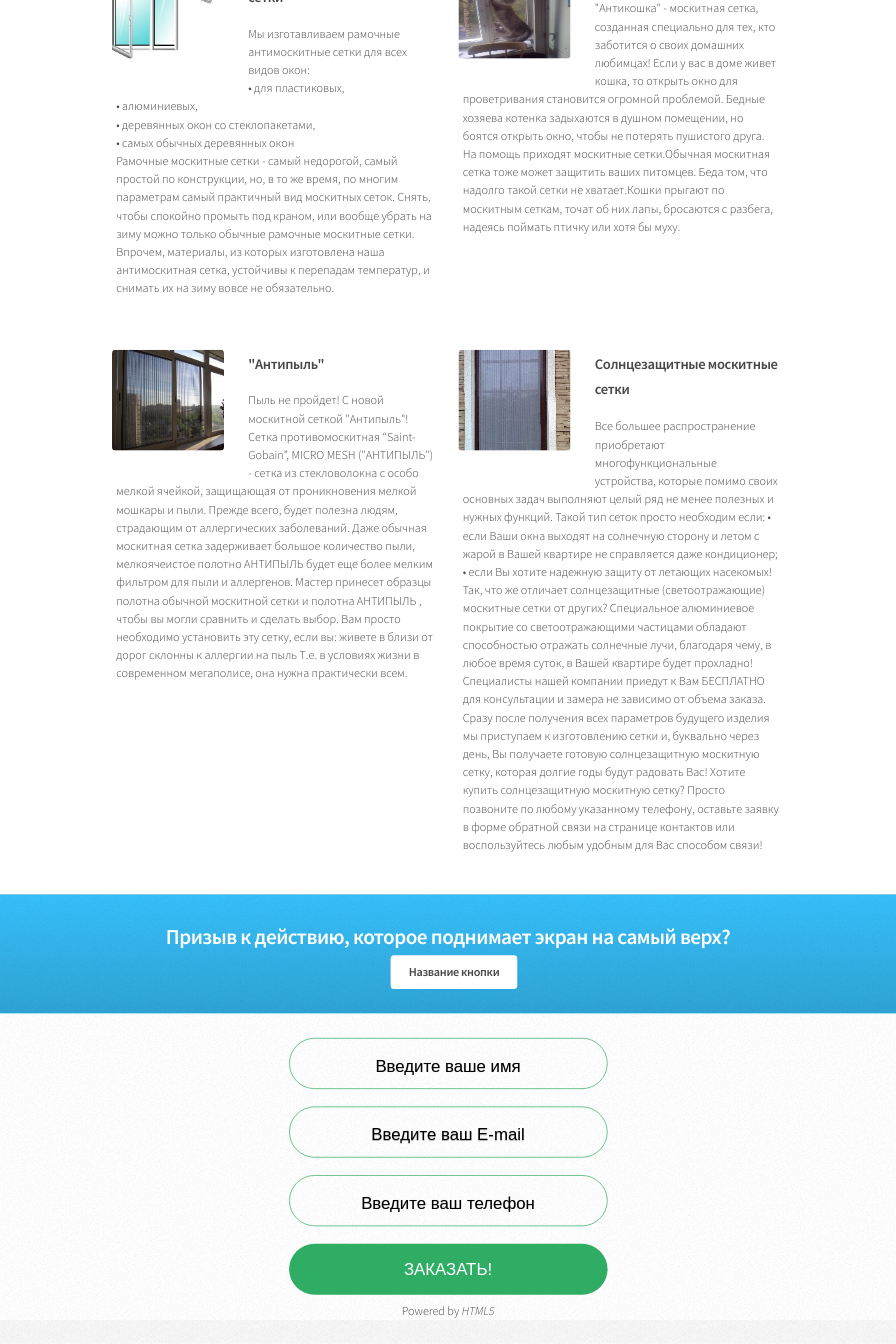
Repository: Dovislive/moskit
Page: index.html
The author's editor kept a record of every edit. The page is drawn from the files as they stood at one moment, then again after the next edit.
The browser window is 1280 px wide. The pictures show the part of the page from y = 1314 to 3234 px (the page is 3234 px tall before and 2990 px after), at 70% of full size.

Above is the page before.

### index.html
<!DOCTYPE HTML>
<!--
	Arcana by HTML5 UP
	html5up.net | @ajlkn
	Free for personal and commercial use under the CCA 3.0 license (html5up.net/license)
-->
<html>
	<head>
		<title>Купить москитные сетки в Астрахани</title>
		<meta charset="utf-8" />
		<meta name="viewport" content="width=device-width, initial-scale=1" />
		<!--[if lte IE 8]><script src="assets/js/ie/html5shiv.js"></script><![endif]-->
		<link rel="stylesheet" href="assets/css/main.css" />
		<!--[if lte IE 8]><link rel="stylesheet" href="assets/css/ie8.css" /><![endif]-->
		<!--[if lte IE 9]><link rel="stylesheet" href="assets/css/ie9.css" /><![endif]-->
	</head>
	<body>
		<div id="page-wrapper">

			<!-- Header -->
				<div id="header">

					<!-- Logo -->
						<h1><a href="index.html" id="logo">Москитные сетки <em>Купить в Астрахани</em></a></h1>

					<!-- Nav -->


			<!-- Banner -->
				<section id="banner">
					<header>
						<h2>Вы моежет заказать замер сеток прямо сейчас!</h2>
						<a href="#app" class="button">Заказать</a>
					</header>
				</section>

			<!-- Highlights -->
				<section class="wrapper style1">
					<div class="container">
						<div class="row 200%">
							<section class="4u 12u(narrower)">
								<div class="box highlight">
									<i class="icon major fa-paper-plane"></i>
									<h3>Большой ассортимент</h3>
									<p>Мы имеем в наличии 4 разных вида москитных сеток. Отличающихся по качеству и ценовой категории.</p>
								</div>
							</section>
							<section class="4u 12u(narrower)">
								<div class="box highlight">
									<i class="icon major fa-pencil"></i>
									<h3>Моментальный прием заказа</h3>
									<p>Мы перезвоним вам в течении первых 10 минут с момента отправки заявки, проведем бесплатную консультацию по выбору подходящего размера и типа сетки.</p>
								</div>
							</section>
							<section class="4u 12u(narrower)">
								<div class="box highlight">
									<i class="icon major fa-wrench"></i>
									<h3>Установка в день заказа</h3>
									<p>Производим установку в день оплаты заказа, в любое удобное для вас время!</p>
								</div>
							</section>
						</div>
					</div>
				</section>

			<!-- Gigantic Heading -->
				<section class="wrapper style2">
					<div class="container">
						<header class="major">
							<h2>В наличии два новых вида москитных сеток!</h2>
							<p>АНТИКОШКА (для защиты домашних животных от выпадения) и АНТИПЫЛЬ (для защиты помещения от пыли и пыльцы растений).</p>
						</header>
					</div>
				</section>

			<!-- Posts -->
				<section class="wrapper style1">
					<div class="container">
						<div class="row">
							<section class="6u 12u(narrower)">

									<a class="image left"><img src="images/pic01.jpg" alt="Рамочные антимоскитные сетки" /></a>
									<div class="boxes">
										<h3>Рамочные антимоскитные сетки</h3>
										<p>Мы изготавливаем рамочные антимоскитные сетки для всех видов окон:<br>
• для пластиковых, <br>
• алюминиевых, <br>
• деревянных окон со стеклопакетами,<br>
• самых обычных деревянных окон<br>
Рамочные москитные сетки - самый недорогой, самый простой по конструкции, но, в то же время, по многим параметрам самый практичный вид москитных сеток. Снять, чтобы спокойно промыть под краном, или вообще убрать на зиму можно только обычные рамочные москитные сетки. Впрочем, материалы, из которых изготовлена наша антимоскитная сетка, устойчивы к перепадам температур, и снимать их на зиму вовсе не обязательно.</p>
									</div>

							</section>
							<section class="6u 12u(narrower)">

									<a class="image left"><img src="images/pic02.jpg" alt=""Антикошка" ("pet screen")" /></a>
									<div class="boxes">
										<h3>"Антикошка" ("pet screen")</h3>
										<p>"Антикошка" - москитная сетка, созданная специально для тех, кто заботится о своих домашних любимцах! Если у вас в доме живет кошка, то открыть окно для проветривания становится огромной проблемой. Бедные хозяева котенка задыхаются в душном помещении, но боятся открыть окно, чтобы не потерять пушистого друга. На помощь приходят москитные сетки.Обычная москитная сетка тоже может защитить ваших питомцев. Беда том, что надолго такой сетки не хватает.Кошки прыгают по москитным сеткам, точат об них лапы, бросаются с разбега, надеясь поймать птичку или хотя бы муху.</p>
									</div>

							</section>
						</div>
						<div class="row">
							<section class="6u 12u(narrower)">

									<a class="image left"><img src="images/pic03.jpg" alt="Антипыль" /></a>
									<div class="boxes">
										<h3>"Антипыль"</h3>
										<p>Пыль не пройдет! С новой москитной сеткой "Антипыль"!<br>
Сетка противомоскитная “Saint-Gobain”, MICRO MESH ("АНТИПЫЛЬ") - сетка из стекловолокна с особо мелкой ячейкой, защищающая от проникновения мелкой мошкары и пыли.
Прежде всего, будет полезна людям, страдающим от аллергических заболеваний. Даже обычная москитная сетка задерживает большое количество пыли, мелкоячеистое полотно АНТИПЫЛЬ будет еще более мелким фильтром для пыли и аллергенов.
Мастер принесет образцы полотна обычной москитной сетки и полотна АНТИПЫЛЬ , чтобы вы могли сравнить и сделать выбор.
Вам просто необходимо установить эту сетку, если вы:
живете в близи от дорог
склонны к аллергии на пыль
Т.е. в условиях жизни в современном мегаполисе, она нужна практически всем.</p>
									</div>

							</section>
							<section class="6u 12u(narrower)">

									<a class="image left"><img src="images/pic04.jpg" alt="Солнцезащитные москитные сетки" /></a>
									<div class="boxes">
										<h3>Солнцезащитные москитные сетки</h3>
										<p>Все большее распространение приобретают многофункциональные устройства, которые помимо своих основных задач выполняют целый ряд не менее полезных и нужных функций.
Такой тип сеток просто необходим если:
• если Ваши окна выходят на солнечную сторону и летом с жарой в Вашей квартире не справляется даже кондиционер;
• если Вы хотите надежную защиту от летающих насекомых!
Так, что же отличает солнцезащитные (светоотражающие) москитные сетки от других?
Специальное алюминиевое покрытие со светоотражающими частицами обладают способностью отражать солнечные лучи, благодаря чему, в любое время суток, в Вашей квартире будет прохладно!
Специалисты нашей компании приедут к Вам БЕСПЛАТНО для консультации и замера не зависимо от объема заказа. Сразу после получения всех параметров будущего изделия мы приступаем к изготовлению сетки и, буквально через день, Вы получаете готовую солнцезащитную москитную сетку, которая долгие годы будут радовать Вас!
 Хотите купить солнцезащитную москитную сетку? Просто позвоните по любому указанному телефону, оставьте заявку в форме обратной связи на странице контактов или воспользуйтесь любым удобным для Вас способом связи!</p>
									</div>

							</section>
						</div>
					</div>
				</section>

			<!-- CTA -->
				<section id="cta" class="wrapper style3">
					<div class="container">
						<header>
							<h2>Призыв к действию, которое поднимает экран на самый верх?</h2>
							<a href="#" class="button">Название кнопки</a>
						</header>
					</div>
				</section>

			<!-- Footer -->
			<a name='app'></a>
            <form id="application" action=" application.php" method="POST" name=" application ">
                <input name="name" id="applicationName" maxlength="20" placeholder="Введите ваше имя" required />
                <input name="email" type="email" id="applicationEmail" maxlength="20" placeholder="Введите ваш E-mail" required />
                <input name="telephone" type="Tel" id="applicationTelephone" maxlength="20" placeholder="Введите ваш телефон" required/>
                <button class="applicationButton" type="submit" form="application">Заказать!</button>
            </form>

					<!-- Copyright -->
						<div class="copyright">
							<ul class="menu">
								<li>Powered by <em>HTML5</em></li>
							</ul>
						</div>

				</div>

		</div>

		<!-- Scripts -->
			<script src="assets/js/jquery.min.js"></script>
			<script src="assets/js/jquery.dropotron.min.js"></script>
			<script src="assets/js/skel.min.js"></script>
			<script src="assets/js/util.js"></script>
			<!--[if lte IE 8]><script src="assets/js/ie/respond.min.js"></script><![endif]-->
			<script src="assets/js/main.js"></script>

	</body>
</html>

Loaded but not shown: assets/css/font-awesome.min.css (library); assets/js/jquery.min.js (library); assets/js/jquery.dropotron.min.js (library); assets/js/skel.min.js (library); assets/js/util.js (587 lines, source omitted); assets/js/main.js (86 lines, source omitted); assets/css/main.css (3233 lines, source omitted)

After the next edit:
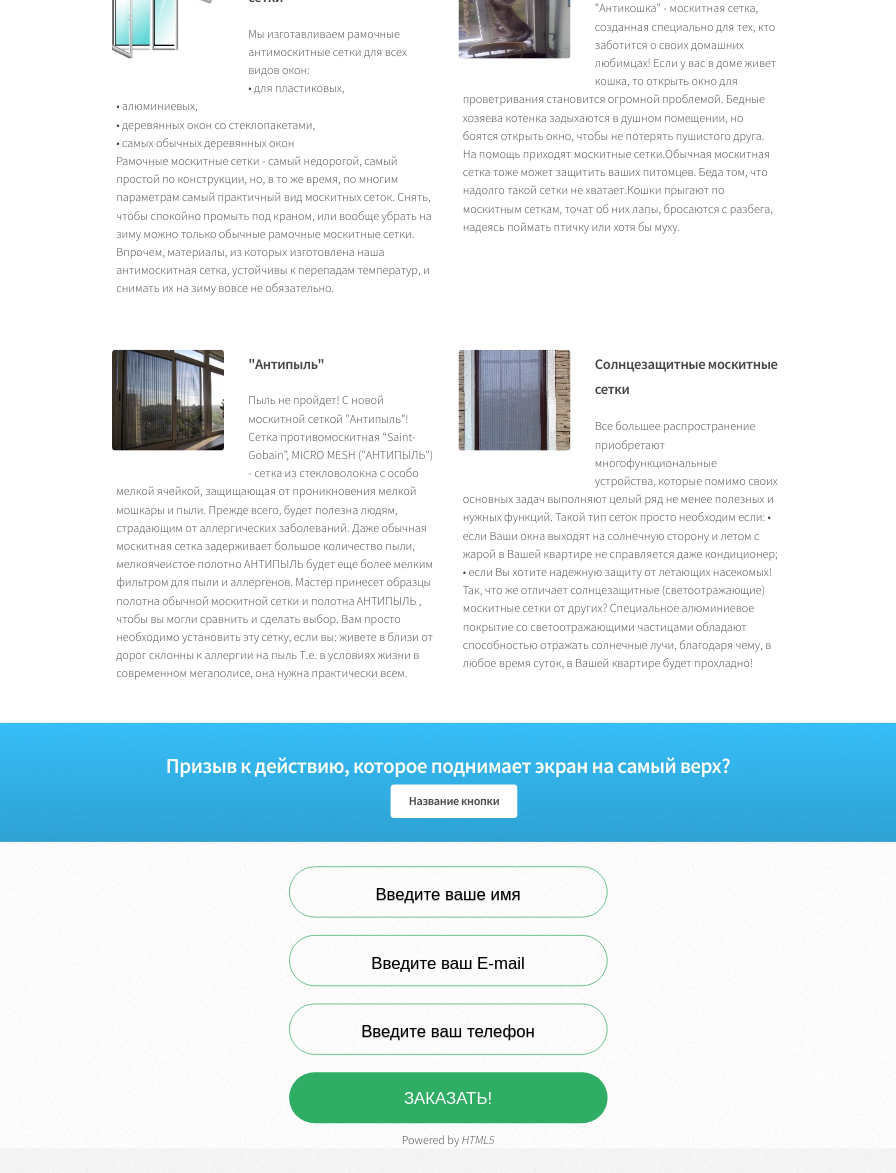
The edit:
--- a/index.html
+++ b/index.html
@@ -128,9 +128,7 @@
 • если Ваши окна выходят на солнечную сторону и летом с жарой в Вашей квартире не справляется даже кондиционер;
 • если Вы хотите надежную защиту от летающих насекомых!
 Так, что же отличает солнцезащитные (светоотражающие) москитные сетки от других?
-Специальное алюминиевое покрытие со светоотражающими частицами обладают способностью отражать солнечные лучи, благодаря чему, в любое время суток, в Вашей квартире будет прохладно!
-Специалисты нашей компании приедут к Вам БЕСПЛАТНО для консультации и замера не зависимо от объема заказа. Сразу после получения всех параметров будущего изделия мы приступаем к изготовлению сетки и, буквально через день, Вы получаете готовую солнцезащитную москитную сетку, которая долгие годы будут радовать Вас!
- Хотите купить солнцезащитную москитную сетку? Просто позвоните по любому указанному телефону, оставьте заявку в форме обратной связи на странице контактов или воспользуйтесь любым удобным для Вас способом связи!</p>
+Специальное алюминиевое покрытие со светоотражающими частицами обладают способностью отражать солнечные лучи, благодаря чему, в любое время суток, в Вашей квартире будет прохладно! </p>
 									</div>
 
 							</section>
